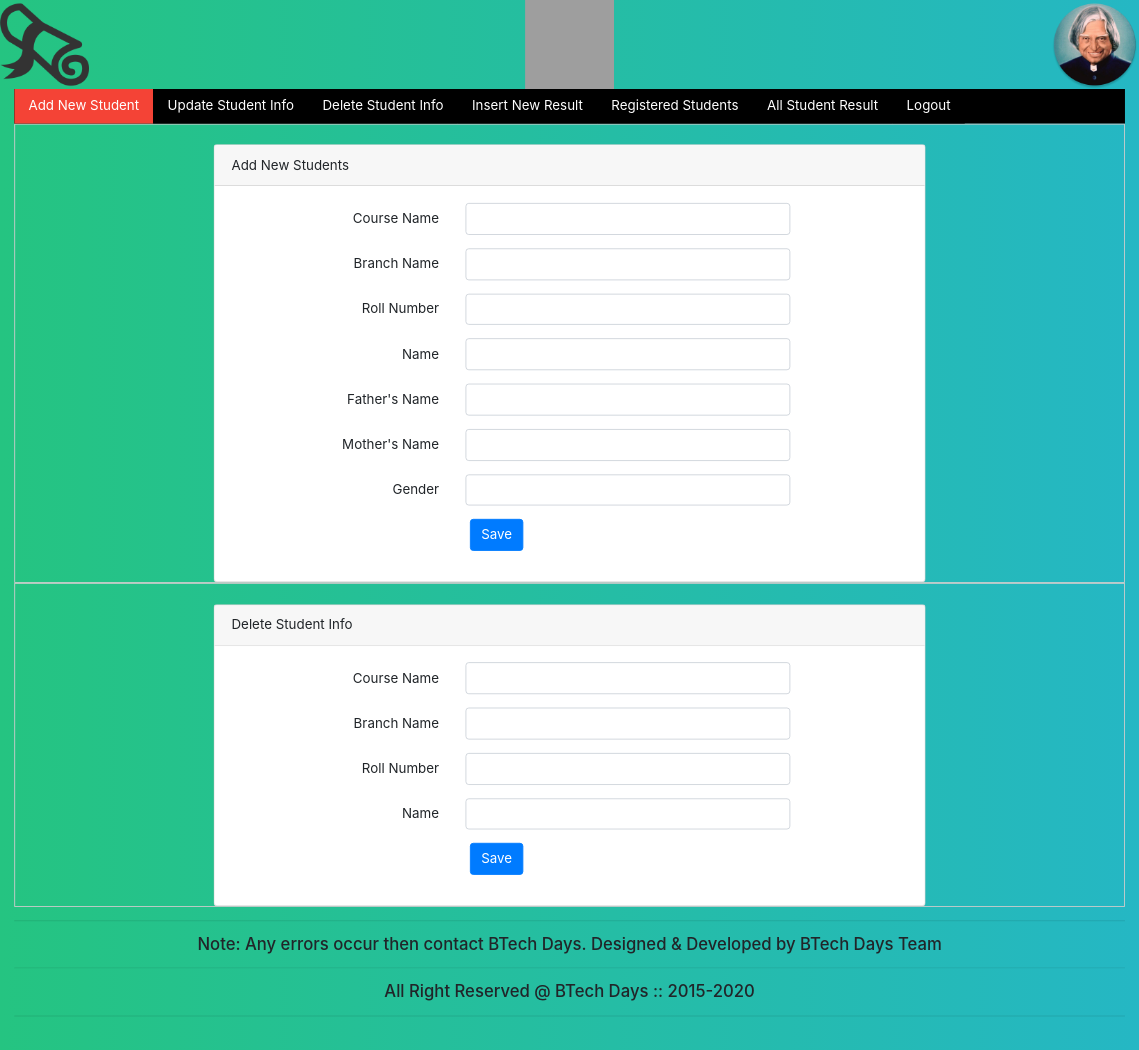
Repository: AlkaDas991/Dbms
Page: http://localhost/Student_Record_Management/adminHome.jsp
An editor plug-in stored every save of this project. The page is shown before and after the next save, followed by the edit.
The browser window is 1280 px wide. The pictures show the whole page, at 89% of full size.
Pictures or frames that could not be fetched are drawn as grey boxes. Some web fonts or font styles are not loaded; a fallback is used. Some web libraries are served in a nearby version. The page is served by Tomcat 9. Queries for data that is not in the repository find no rows.

Above is the page before, as saved 2021-03-12 13:21:30.
Console error: TypeError: Cannot read properties of undefined (reading 'fn')

After the next save:
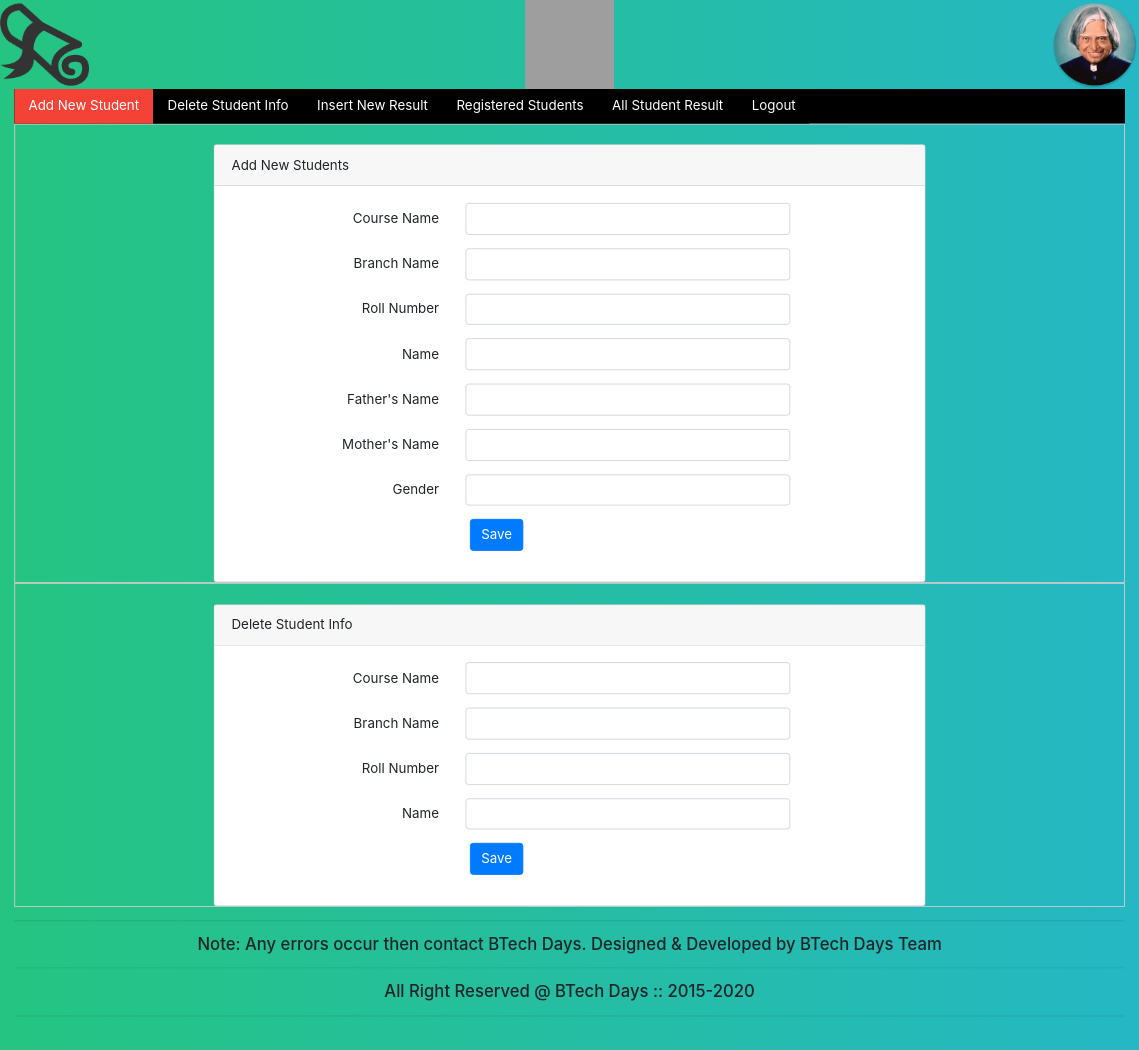
Saved 43 s later.
--- a/Student Record Management/WebContent/adminHome.jsp
+++ b/Student Record Management/WebContent/adminHome.jsp
@@ -10,7 +10,6 @@
 <div class="w3-container">
   <div class="w3-bar w3-black">
     <button class="w3-bar-item w3-button tablink w3-red" onclick="openCity(event,'London')">Add New Student</button>
-    <button class="w3-bar-item w3-button tablink" onclick="openCity(event,'Delhi')">Update Student Info</button>
     <button class="w3-bar-item w3-button tablink" onclick="openCity(event,'Beijing')">Delete Student Info</button>
     <button class="w3-bar-item w3-button tablink" onclick="openCity(event,'Paris')">Insert New Result</button>
     <button class="w3-bar-item w3-button tablink" onclick="openCity(event,'Tokyo')">Registered Students</button>
